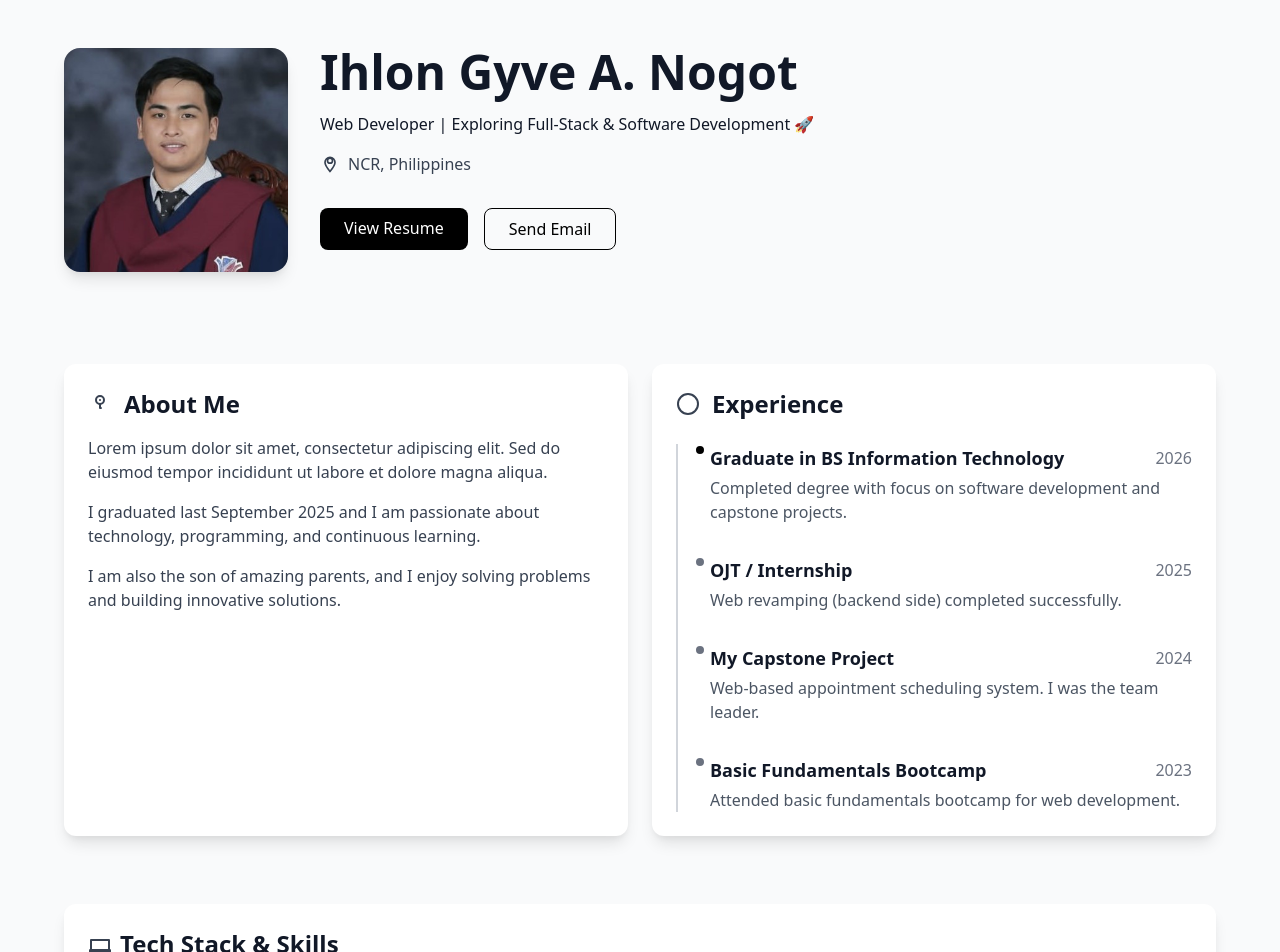
Repository: MeekSharkdev/cv-portfolio
Page: index.html
These files come from the project's save history. The page is drawn as it stood at one moment and after the next save; the edit follows.
The browser window is 1280 px wide. The pictures show the part of the page from y = 0 to 952 px (the page is 2552 px tall).
A picture or video elsewhere on the page could not be fetched, so the positions and the page height are approximate.

Above is the page before, as saved 2026-01-31 19:40:08.
Not found: styles.css

After the next save:
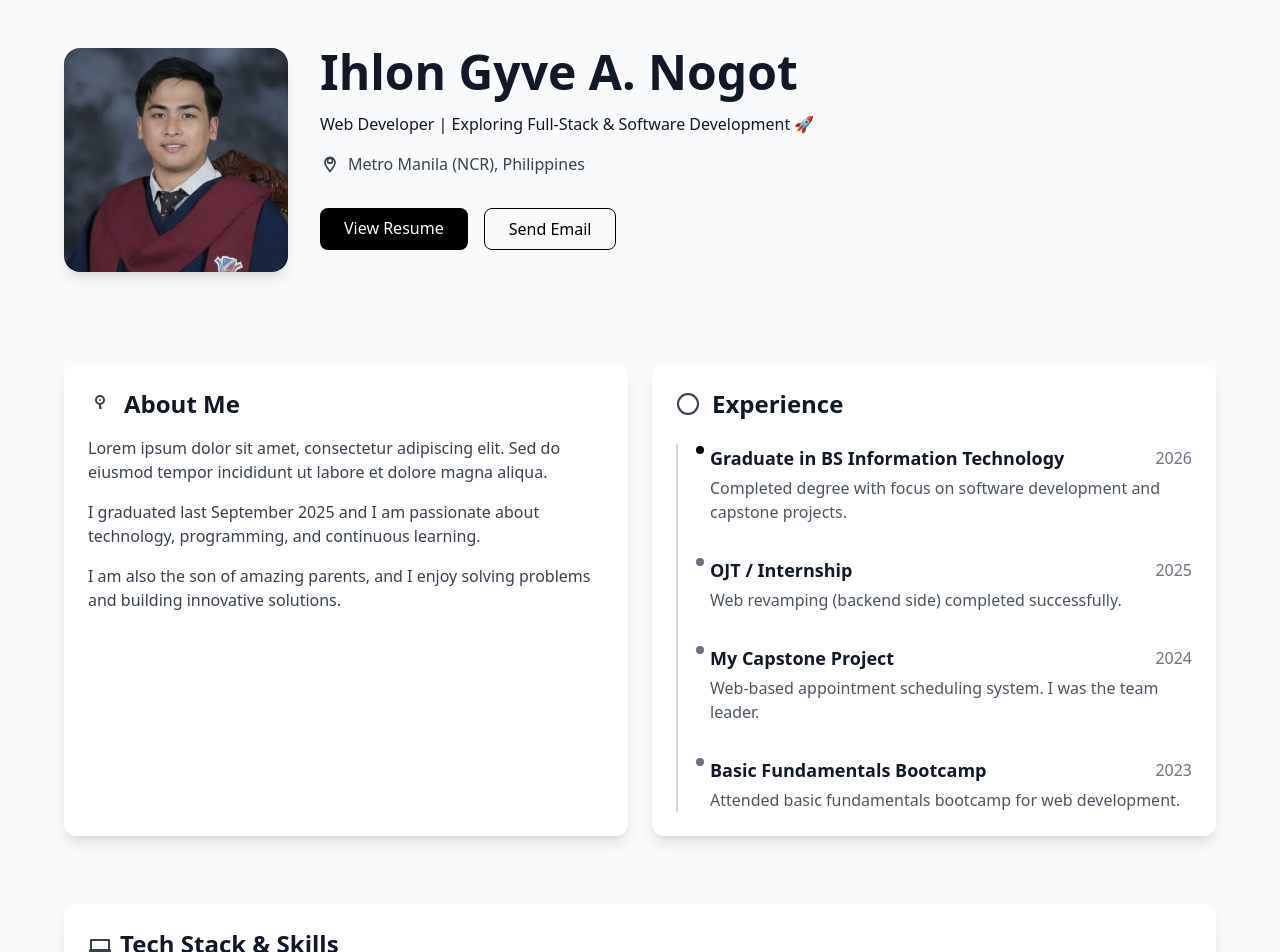
Saved 3 min 1 s later.
--- a/index.html
+++ b/index.html
@@ -39,7 +39,7 @@
                         <path stroke-linecap="round" stroke-linejoin="round" stroke-width="2"
                             d="M12 21s-6-7-6-11a6 6 0 1112 0c0 4-6 11-6 11z" />
                     </svg>
-                    <span>NCR, Philippines</span>
+                    <span>Metro Manila (NCR), Philippines</span>
                 </div>
 
                 <!-- Buttons -->
